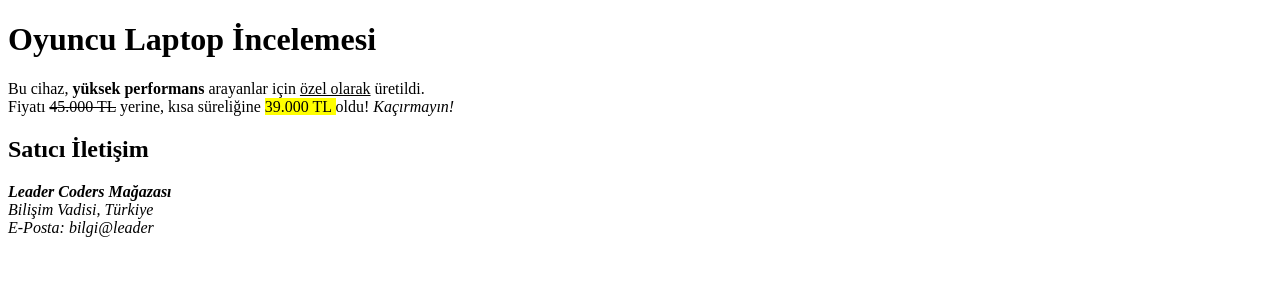
Repository: BeritanBlgn/web-yazilim-muhendisligi
Page: Modul_1/Ders_3/1.3.6_gorev2.html
These files come from the project's save history. The page is drawn as it stood at one moment and after the next save; the edit follows.
The browser window is 1280 px wide. The pictures show the whole page.

Above is the page before, as saved 2026-10-09 22:36:03.

### Modul_1/Ders_3/1.3.6_gorev2.html
<!DOCTYPE html>
<html lang="tr">
<head>
    <meta charset="UTF-8">
    <meta name="viewport" content="width=device-width, initial-scale=1.0">
    <title>Document</title>
</head>
<body>
    <h1>
        Oyuncu Laptop İncelemesi
    </h1>
    <p>
        Bu cihaz, <strong>yüksek performans</strong> arayanlar için
        <u>özel olarak</u> üretildi. <br>
        Fiyatı <del>45.000 TL</del> yerine, kısa süreliğine <mark>
            39.000 TL </mark>oldu! <em>Kaçırmayın!</em>
    </p>
    <h2>Satıcı İletişim</h2>
    <address>
        <strong>
            Leader Coders Mağazası
        </strong> <br>
        Bilişim Vadisi, Türkiye <br>
        E-Posta: bilgi@leader
    </address>
 </body>
</html>

After the next save:
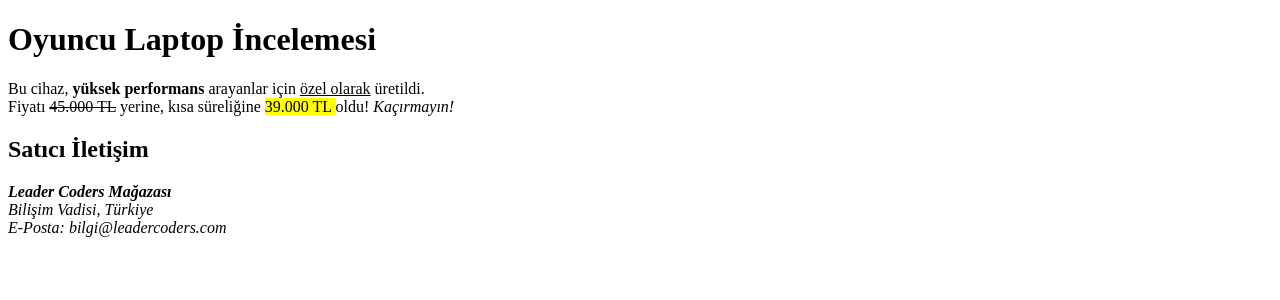
Saved 5 s later.
--- a/Modul_1/Ders_3/1.3.6_gorev2.html
+++ b/Modul_1/Ders_3/1.3.6_gorev2.html
@@ -21,7 +21,7 @@
             Leader Coders Mağazası
         </strong> <br>
         Bilişim Vadisi, Türkiye <br>
-        E-Posta: bilgi@leader
+        E-Posta: bilgi@leadercoders.com
     </address>
  </body>
 </html>
